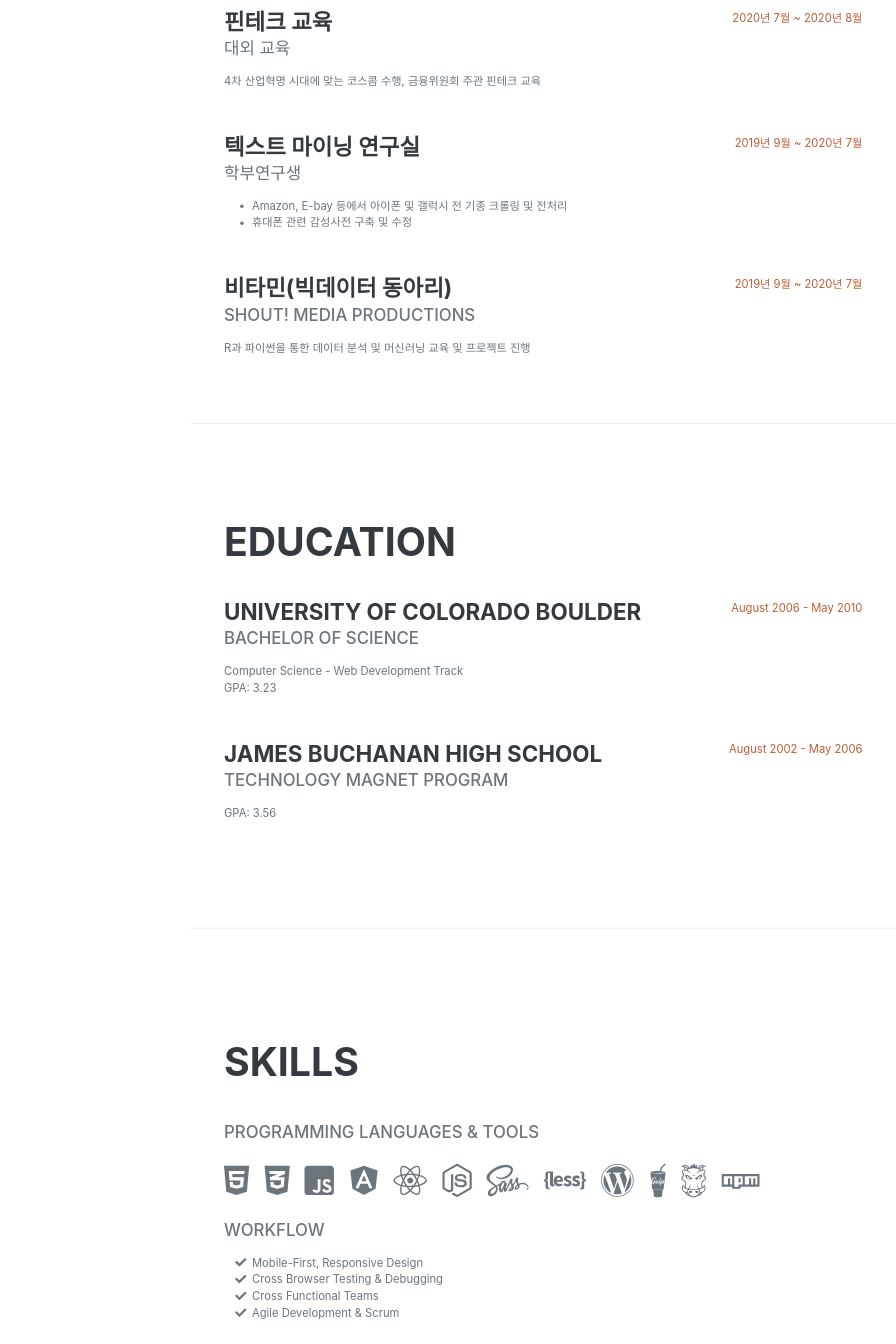
Repository: minsuk1/portfolio
Page: index.html
An editor plug-in stored every save of this project. The page is shown before and after the next save, followed by the edit.
The browser window is 1280 px wide. The pictures show the part of the page from y = 1105 to 3025 px (the page is 4594 px tall), at 70% of full size.
Some web fonts or font styles are not loaded; a fallback is used.

Above is the page before, as saved 2021-01-01 10:45:30.

### index.html
<!DOCTYPE html>
<html lang="en">
    <head>
        <meta charset="utf-8" />
        <meta name="viewport" content="width=device-width, initial-scale=1, shrink-to-fit=no" />
        <meta name="description" content="" />
        <meta name="author" content="" />
        <title>Resume - Start Bootstrap Theme</title>
        <link rel="icon" type="image/x-icon" href="assets/img/favicon.ico" />
        <!-- Font Awesome icons (free version)-->
        <script src="https://use.fontawesome.com/releases/v5.15.1/js/all.js" crossorigin="anonymous"></script>
        <!-- Google fonts-->
        <link href="https://fonts.googleapis.com/css?family=Saira+Extra+Condensed:500,700" rel="stylesheet" type="text/css" />
        <link href="https://fonts.googleapis.com/css?family=Muli:400,400i,800,800i" rel="stylesheet" type="text/css" />
        <!-- Core theme CSS (includes Bootstrap)-->
        <link href="css/styles.css" rel="stylesheet" />
    </head>
    <body id="page-top">
        <!-- Navigation-->
        <nav class="navbar navbar-expand-lg navbar-dark bg-primary fixed-top" id="sideNav">
            <a class="navbar-brand js-scroll-trigger" href="#page-top">
                <span class="d-block d-lg-none">Clarence Taylor</span>
                <span class="d-none d-lg-block"><img class="img-fluid img-profile rounded-circle mx-auto mb-2" src="assets/img/profile.jpg" alt="" /></span>
            </a>
            <button class="navbar-toggler" type="button" data-toggle="collapse" data-target="#navbarSupportedContent" aria-controls="navbarSupportedContent" aria-expanded="false" aria-label="Toggle navigation"><span class="navbar-toggler-icon"></span></button>
            <div class="collapse navbar-collapse" id="navbarSupportedContent">
                <ul class="navbar-nav">
                    <li class="nav-item"><a class="nav-link js-scroll-trigger" href="#about">About</a></li>
                    <li class="nav-item"><a class="nav-link js-scroll-trigger" href="#experience">Experience</a></li>
                    <li class="nav-item"><a class="nav-link js-scroll-trigger" href="#education">Education</a></li>
                    <li class="nav-item"><a class="nav-link js-scroll-trigger" href="#skills">Skills</a></li>
                    <li class="nav-item"><a class="nav-link js-scroll-trigger" href="#interests">Interests</a></li>
                    <li class="nav-item"><a class="nav-link js-scroll-trigger" href="#awards">Awards</a></li>
                </ul>
            </div>
        </nav>
        <!-- Page Content-->
        <div class="container-fluid p-0">
            <!-- About-->
            <section class="resume-section" id="about">
                <div class="resume-section-content">
                    <h1 class="mb-0">
                        Portfolio
                        <span class="text-primary">오민석</span>
                    </h1>
                    <div class="subheading mb-5">
                                  010-6265-6918
                        <a href="mailto:name@email.com">palt1230@email.com</a>
                    </div>
                    <p class="lead mb-5"></p>
                    <div class="social-icons">
                        <a class="social-icon" href="https://github.com/minsuk1"><i class="fab fa-github"></i></a>
                        <a class="social-icon" href="https://velog.io/@minsuk"><i class="fas fa-envelope-open-text"></i></i></a>
                        <a class="social-icon" href="#"><i class="fab fa-facebook-f"></i></a>
                    </div>
                </div>
            </section>
            <hr class="m-0" />
            <!-- Experience-->
            <section class="resume-section" id="experience">
                <div class="resume-section-content">
                    <h2 class="mb-5">Experience</h2>
                    <div class="d-flex flex-column flex-md-row justify-content-between mb-5">
                        <div class="flex-grow-1">
                            <h3 class="mb-0">삼정KPMG 인턴</h3>
                            <div class="subheading mb-3">Data Engineer</div>
                            <ul>
                                <li>데이터 ETL : MSSQL에서 데이터 전처리</li>
                                <li>QA : 사내 AI 감사 솔루션 플랫폼(Clara) QA</li>
                            </ul>

                        </div>
                        <div class="flex-shrink-0"><span class="text-primary">2020년 12월 ~ 현재</span></div>
                    </div>
                    <div class="d-flex flex-column flex-md-row justify-content-between mb-5">
                        <div class="flex-grow-1">
                            <h3 class="mb-0">핀테크 교육</h3>
                            <div class="subheading mb-3">대외 교육</div>
                            <p>4차 산업혁명 시대에 맞는 코스콤 수행, 금융위원회 주관 핀테크 교육</p>
                        </div>
                        <div class="flex-shrink-0"><span class="text-primary">2020년 7월 ~ 2020년 8월</span></div>
                    </div>
                    <div class="d-flex flex-column flex-md-row justify-content-between mb-5">
                        <div class="flex-grow-1">
                            <h3 class="mb-0">텍스트 마이닝 연구실</h3>
                            <div class="subheading mb-3">학부연구생</div>
                            <ul>
                                <li>Amazon, E-bay 등에서 아이폰 및 갤럭시 전 기종 크롤링 및 전처리</li>
                                <li>휴대폰 관련 감성사전 구축 및 수정</li>
                            </ul>
                        </div>
                        <div class="flex-shrink-0"><span class="text-primary">2019년 9월 ~ 2020년 7월</span></div>
                    </div>
                    <div class="d-flex flex-column flex-md-row justify-content-between">
                        <div class="flex-grow-1">
                            <h3 class="mb-0">비타민(빅데이터 동아리)</h3>
                            <div class="subheading mb-3">Shout! Media Productions</div>
                            <p>R과 파이썬을 통한 데이터 분석 및 머신러닝 교육 및 프로젝트 진행</p>
                        </div>
                        <div class="flex-shrink-0"><span class="text-primary">2019년 9월 ~ 2020년 7월</span></div>
                    </div>
                </div>
            </section>
            <hr class="m-0" />
            <!-- Education-->
            <section class="resume-section" id="education">
                <div class="resume-section-content">
                    <h2 class="mb-5">Education</h2>
                    <div class="d-flex flex-column flex-md-row justify-content-between mb-5">
                        <div class="flex-grow-1">
                            <h3 class="mb-0">University of Colorado Boulder</h3>
                            <div class="subheading mb-3">Bachelor of Science</div>
                            <div>Computer Science - Web Development Track</div>
                            <p>GPA: 3.23</p>
                        </div>
                        <div class="flex-shrink-0"><span class="text-primary">August 2006 - May 2010</span></div>
                    </div>
                    <div class="d-flex flex-column flex-md-row justify-content-between">
                        <div class="flex-grow-1">
                            <h3 class="mb-0">James Buchanan High School</h3>
                            <div class="subheading mb-3">Technology Magnet Program</div>
                            <p>GPA: 3.56</p>
                        </div>
                        <div class="flex-shrink-0"><span class="text-primary">August 2002 - May 2006</span></div>
                    </div>
                </div>
            </section>
            <hr class="m-0" />
            <!-- Skills-->
            <section class="resume-section" id="skills">
                <div class="resume-section-content">
                    <h2 class="mb-5">Skills</h2>
                    <div class="subheading mb-3">Programming Languages & Tools</div>
                    <ul class="list-inline dev-icons">
                        <li class="list-inline-item"><i class="fab fa-html5"></i></li>
                        <li class="list-inline-item"><i class="fab fa-css3-alt"></i></li>
                        <li class="list-inline-item"><i class="fab fa-js-square"></i></li>
                        <li class="list-inline-item"><i class="fab fa-angular"></i></li>
                        <li class="list-inline-item"><i class="fab fa-react"></i></li>
                        <li class="list-inline-item"><i class="fab fa-node-js"></i></li>
                        <li class="list-inline-item"><i class="fab fa-sass"></i></li>
                        <li class="list-inline-item"><i class="fab fa-less"></i></li>
                        <li class="list-inline-item"><i class="fab fa-wordpress"></i></li>
                        <li class="list-inline-item"><i class="fab fa-gulp"></i></li>
                        <li class="list-inline-item"><i class="fab fa-grunt"></i></li>
                        <li class="list-inline-item"><i class="fab fa-npm"></i></li>
                    </ul>
                    <div class="subheading mb-3">Workflow</div>
                    <ul class="fa-ul mb-0">
                        <li>
                            <span class="fa-li"><i class="fas fa-check"></i></span>
                            Mobile-First, Responsive Design
                        </li>
                        <li>
                            <span class="fa-li"><i class="fas fa-check"></i></span>
                            Cross Browser Testing & Debugging
                        </li>
                        <li>
                            <span class="fa-li"><i class="fas fa-check"></i></span>
                            Cross Functional Teams
                        </li>
                        <li>
                            <span class="fa-li"><i class="fas fa-check"></i></span>
                            Agile Development & Scrum
                        </li>
                    </ul>
                </div>
            </section>
            <hr class="m-0" />
            <!-- Interests-->
            <section class="resume-section" id="interests">
                <div class="resume-section-content">
                    <h2 class="mb-5">Interests</h2>
                    <p>Apart from being a web developer, I enjoy most of my time being outdoors. In the winter, I am an avid skier and novice ice climber. During the warmer months here in Colorado, I enjoy mountain biking, free climbing, and kayaking.</p>
                    <p class="mb-0">When forced indoors, I follow a number of sci-fi and fantasy genre movies and television shows, I am an aspiring chef, and I spend a large amount of my free time exploring the latest technology advancements in the front-end web development world.</p>
                </div>
            </section>
            <hr class="m-0" />
            <!-- Awards-->
            <section class="resume-section" id="awards">
                <div class="resume-section-content">
                    <h2 class="mb-5">Awards & Certifications</h2>
                    <ul class="fa-ul mb-0">
                        <li>
                            <span class="fa-li"><i class="fas fa-trophy text-warning"></i></span>
                            Google Analytics Certified Developer
                        </li>
                        <li>
                            <span class="fa-li"><i class="fas fa-trophy text-warning"></i></span>
                            Mobile Web Specialist - Google Certification
                        </li>
                        <li>
                            <span class="fa-li"><i class="fas fa-trophy text-warning"></i></span>
                            1
                            <sup>st</sup>
                            Place - University of Colorado Boulder - Emerging Tech Competition 2009
                        </li>
                        <li>
                            <span class="fa-li"><i class="fas fa-trophy text-warning"></i></span>
                            1
                            <sup>st</sup>
                            Place - University of Colorado Boulder - Adobe Creative Jam 2008 (UI Design Category)
                        </li>
                        <li>
                            <span class="fa-li"><i class="fas fa-trophy text-warning"></i></span>
                            2
                            <sup>nd</sup>
                            Place - University of Colorado Boulder - Emerging Tech Competition 2008
                        </li>
                        <li>
                            <span class="fa-li"><i class="fas fa-trophy text-warning"></i></span>
                            1
                            <sup>st</sup>
                            Place - James Buchanan High School - Hackathon 2006
                        </li>
                        <li>
                            <span class="fa-li"><i class="fas fa-trophy text-warning"></i></span>
                            3
                            <sup>rd</sup>
                            Place - James Buchanan High School - Hackathon 2005
                        </li>
                    </ul>
                </div>
            </section>
        </div>
        <!-- Bootstrap core JS-->
        <script src="https://cdnjs.cloudflare.com/ajax/libs/jquery/3.5.1/jquery.min.js"></script>
        <script src="https://cdn.jsdelivr.net/npm/bootstrap@4.5.3/dist/js/bootstrap.bundle.min.js"></script>
        <!-- Third party plugin JS-->
        <script src="https://cdnjs.cloudflare.com/ajax/libs/jquery-easing/1.4.1/jquery.easing.min.js"></script>
        <!-- Core theme JS-->
        <script src="js/scripts.js"></script>
    </body>
</html>

### js/scripts.js
/*!
    * Start Bootstrap - Resume v6.0.2 (https://startbootstrap.com/theme/resume)
    * Copyright 2013-2020 Start Bootstrap
    * Licensed under MIT (https://github.com/StartBootstrap/startbootstrap-resume/blob/master/LICENSE)
    */
    (function ($) {
    "use strict"; // Start of use strict

    // Smooth scrolling using jQuery easing
    $('a.js-scroll-trigger[href*="#"]:not([href="#"])').click(function () {
        if (
            location.pathname.replace(/^\//, "") ==
                this.pathname.replace(/^\//, "") &&
            location.hostname == this.hostname
        ) {
            var target = $(this.hash);
            target = target.length
                ? target
                : $("[name=" + this.hash.slice(1) + "]");
            if (target.length) {
                $("html, body").animate(
                    {
                        scrollTop: target.offset().top,
                    },
                    1000,
                    "easeInOutExpo"
                );
                return false;
            }
        }
    });

    // Closes responsive menu when a scroll trigger link is clicked
    $(".js-scroll-trigger").click(function () {
        $(".navbar-collapse").collapse("hide");
    });

    // Activate scrollspy to add active class to navbar items on scroll
    $("body").scrollspy({
        target: "#sideNav",
    });
})(jQuery); // End of use strict

Loaded but not shown: css/styles.css (library)

After the next save:
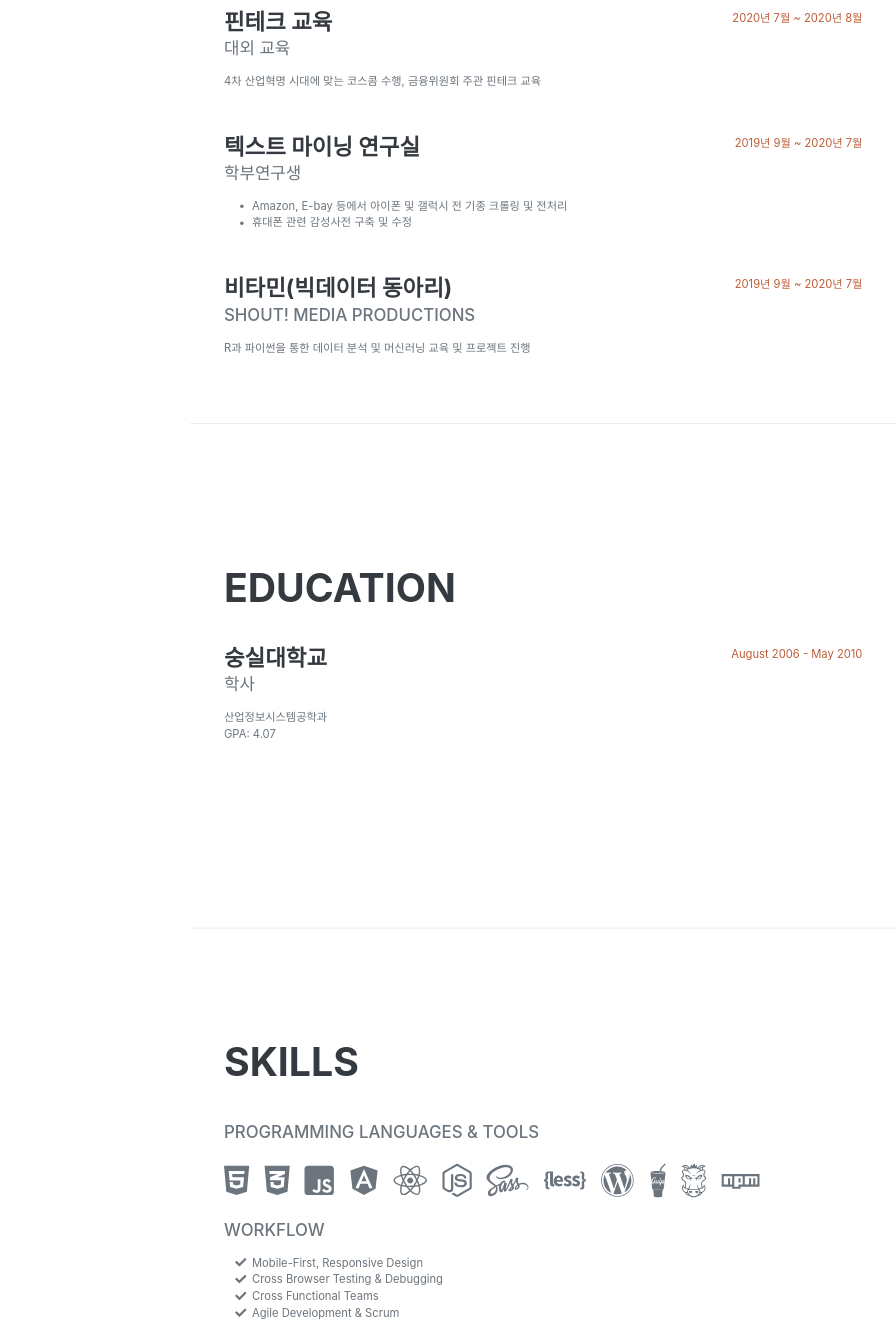
Saved 79 s later.
--- a/index.html
+++ b/index.html
@@ -108,20 +108,12 @@
                     <h2 class="mb-5">Education</h2>
                     <div class="d-flex flex-column flex-md-row justify-content-between mb-5">
                         <div class="flex-grow-1">
-                            <h3 class="mb-0">University of Colorado Boulder</h3>
-                            <div class="subheading mb-3">Bachelor of Science</div>
-                            <div>Computer Science - Web Development Track</div>
-                            <p>GPA: 3.23</p>
+                            <h3 class="mb-0">숭실대학교</h3>
+                            <div class="subheading mb-3">학사</div>
+                            <div>산업정보시스템공학과</div>
+                            <p>GPA: 4.07</p>
                         </div>
                         <div class="flex-shrink-0"><span class="text-primary">August 2006 - May 2010</span></div>
-                    </div>
-                    <div class="d-flex flex-column flex-md-row justify-content-between">
-                        <div class="flex-grow-1">
-                            <h3 class="mb-0">James Buchanan High School</h3>
-                            <div class="subheading mb-3">Technology Magnet Program</div>
-                            <p>GPA: 3.56</p>
-                        </div>
-                        <div class="flex-shrink-0"><span class="text-primary">August 2002 - May 2006</span></div>
                     </div>
                 </div>
             </section>
